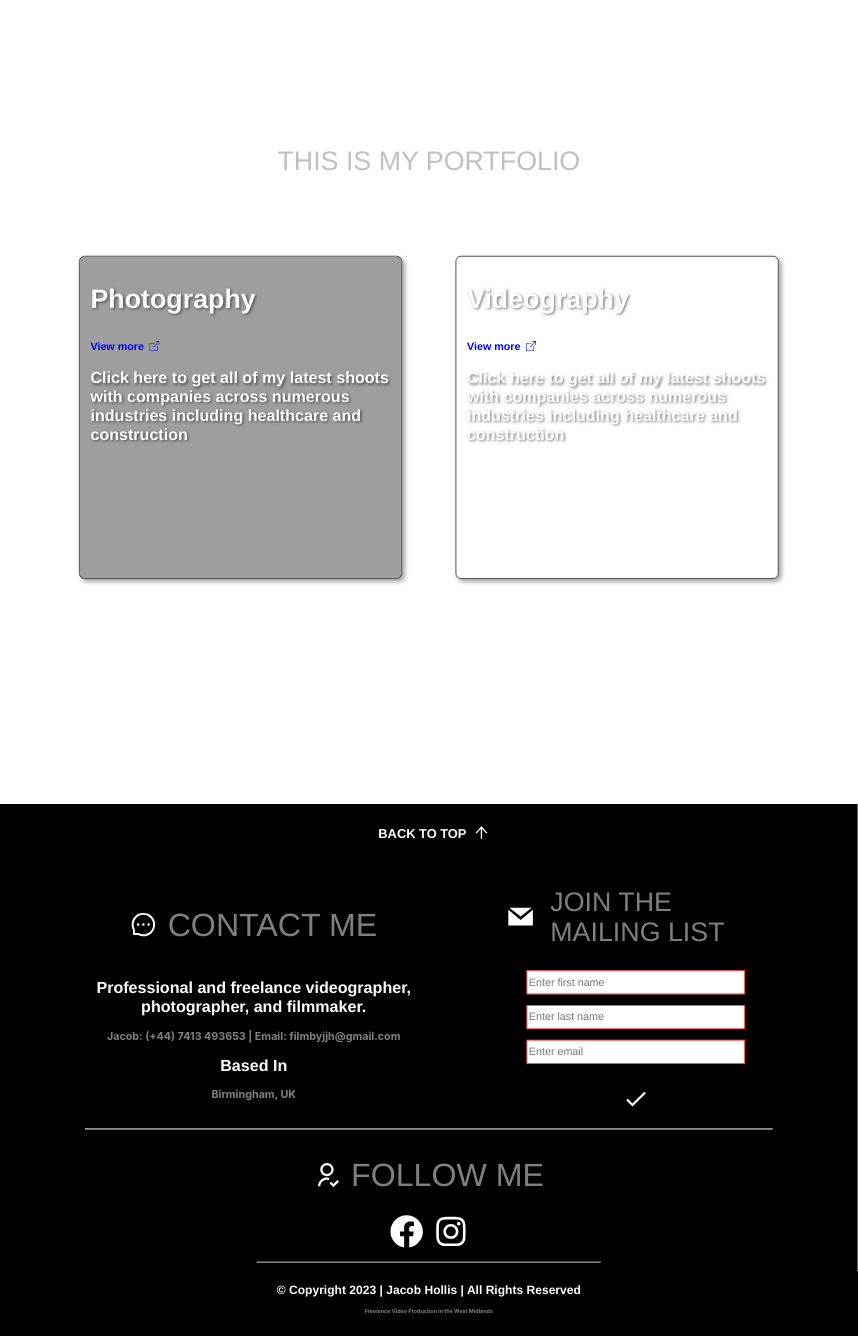
Repository: ThomasMTurner/filmbyjjh-portfolio
Page: /portfolio (app in client/)
The author's editor kept a copy of each file at every save. The page is drawn from the files as they stood at one save, then again after the next save.
The browser window is 1280 px wide. The pictures show the whole page, at 67% of full size.
Pictures or frames that could not be fetched are drawn as grey boxes. The project was rebuilt for these pictures with package versions that can differ from the ones it lists, and the page was loaded fresh each time. Also part of the build but not shown: client/vite.config.js, client/src/pages/Components/TagComponents.jsx, client/src/pages/Components/Post.jsx, client/src/pages/Components/SearchBar.jsx, client/src/pages/Updates.jsx, client/src/pages/Contact.jsx, client/src/pages/Components/InitialLogin.jsx, client/src/pages/Home.jsx and 2 more. Imported but missing from the stored project, and not drawn on this page: client/src/pages/Components/Videos/header.mp4, client/src/pages/Components/Videos/portfolio-reel.mp4.

Above is the page before, as saved 2023-10-20 13:21:17.

### client/public/index.html
<!DOCTYPE html>
<html lang="en">
  <head>
    <meta charset="utf-8" />
    <link rel="icon" href="%PUBLIC_URL%/favicon2.ico" />
    <meta name="viewport" content="width=device-width, initial-scale=1" />
    <meta name="theme-color" content="#000000" />
    <meta
      name="description"
      content="Web site created using create-react-app"
    />
    <link rel="apple-touch-icon" href="%PUBLIC_URL%/logo192.png" />
    <!--
      manifest.json provides metadata used when your web app is installed on a
      user's mobile device or desktop. See https://developers.google.com/web/fundamentals/web-app-manifest/
    -->
    <link rel="manifest" href="%PUBLIC_URL%/manifest.json" />
    <!--
      Notice the use of %PUBLIC_URL% in the tags above.
      It will be replaced with the URL of the `public` folder during the build.
      Only files inside the `public` folder can be referenced from the HTML.

      Unlike "/favicon.ico" or "favicon.ico", "%PUBLIC_URL%/favicon.ico" will
      work correctly both with client-side routing and a non-root public URL.
      Learn how to configure a non-root public URL by running `npm run build`.
    -->
    <title>FILM.BY.JJH</title>
  </head>
  <body>
    <noscript>You need to enable JavaScript to run this app.</noscript>
    <div id="root"></div>
    <!--
      This HTML file is a template.
      If you open it directly in the browser, you will see an empty page.

      You can add webfonts, meta tags, or analytics to this file.
      The build step will place the bundled scripts into the <body> tag.

      To begin the development, run `npm start` or `yarn start`.
      To create a production bundle, use `npm run build` or `yarn build`.
    -->
  </body>
</html>

### client/src/index.jsx
import React from 'react';
import ReactDOM from 'react-dom/client';
import './index.css';
import App from './App';
import { UserRoleProvider } from './userRoleContext';


const root = ReactDOM.createRoot(document.getElementById('root'));
root.render(
  <React.StrictMode>
    <UserRoleProvider>
      <App />
    </UserRoleProvider>
  </React.StrictMode>
);

### client/src/App.jsx
import { useLocation, useNavigate, Route, Outlet, BrowserRouter as Router, Routes} from 'react-router-dom';
import { useEffect, useState, Suspense } from 'react';
import { CSSTransition } from 'react-transition-group';
import { ColorRing } from 'react-loader-spinner';
import React from 'react';
import NavBar from "./pages/Components/Navbar"
import Footer from "./pages/Components/Footer";
import Updates from './pages/Updates';
import Contact from './pages/Contact';
import Home from './pages/Home';
import { EventHighlights, PromotionalMaterial } from './pages/Videography';
import SubNav from './pages/Components/SubNav';
import Portfolio from './pages/Portfolio';


//page to capture individual shoots or projects, want back button at top right with title

const VideoPage = () => {
  const navigate = useNavigate();
  const location = useLocation();

  useEffect(() => {
    if (location.pathname == '/video'){
      navigate('/video/event-highlights');
    }
  }, [navigate, location]);

  return (
    <div className='video-page-wrapper'>
      <div className='sideline-content'>
        <SubNav
          title="Videography Content"
          parentLink="video"
          links={{"Event highlights": "event-highlights", "Promotional material": "promotional-material", "Drone footage": "my-first-highlight-reel" }}
          subLinks={{'event highlights': {"Shoots": {"Atlas Gym": "/video/links/atlas-gym"}, "Individual projects":{}}}}
          className='subnav'
        />
        <p className='sideline-content-text'>Welcome to the videography page, you can view all of my highlighted video projects on the right by scrolling. You can also look into each project by clicking on the button inside the caption. </p>
      </div>

      <div className='page-content-wrapper'>
        <Routes>
          <Route path="/event-highlights" element={<EventHighlights />} />
          <Route path="/promotional-material" element={<PromotionalMaterial />} />
        </Routes>
      </div>
    </div>
  );
};




const PhotoPage = () => {
    const navigate = useNavigate();
    const location = useLocation();

    useEffect(() => {
      if (location.pathname == '/video'){
        navigate('/video/event-highlights');
      }
    }, [navigate, location]);

    return (
      <div className='photo-page-wrapper'>
        <SubNav
          title="Photography Content"
          parentLink="photo"
          links={{}}
        />
        <Routes>
          <Route path="/" element={<EventHighlights />} />
        </Routes>
      </div>
    );

}


const LoadingPage = () => {
  return (
    <div className='loading-page'>
      <ColorRing
        className='loading-spinner'
        visible={true}
        height="100"
        width="100"
        ariaLabel="blocks-loading"
        wrapperStyle={{}}
        wrapperClass="blocks-wrapper"
        colors={['#000000', '#808080', '#C0C0C0', '#808080', '#000000']}
    />

      <p>Loading, please wait...</p>
    </div>
  )
}


const Layout = () => {
  const [showFooter, setShowFooter] = useState(false);

  useEffect(() => {
    const handleScroll = () => {
      const content = document.getElementById('content');
      if (content) {
        const scrollOffset = content.offsetHeight - document.documentElement.clientHeight;
        setShowFooter(window.pageYOffset >= scrollOffset);

      }
    };

    window.addEventListener('scroll', handleScroll);

    return () => {
      window.removeEventListener('scroll', handleScroll);
    };
  }, []);


      return (
        <div className='layout-wrapper'>
          <CSSTransition
           in={!showFooter}
           timeout={300}
           classNames='nav-transition'
           unmountOnExit>
            <NavBar id='nav' />
          </CSSTransition>
          <div id="content">
            <Outlet/>
          </div>
          <Footer/>
        </div>
      );
    };

/*
Notes for later:


*/


export default function App() {
  return (
    <div className="App">
      <Router>
        <Suspense fallback={<LoadingPage />} timeout={200}>
          <Routes>
            <Route path="/" element={<Layout />}>
              <Route index element={<Home />} />
              <Route path="/updates" element={<Updates />} />
              <Route path="/contact" element={<Contact />} />
              <Route path="/portfolio" element={<Portfolio/>} />
                <Route path="/portfolio/video/*" element={<VideoPage />} />
                <Route path="/portfolio/photo/*" element={<PhotoPage />} />
            </Route>
          </Routes>
        </Suspense>
      </Router>
    </div>
  );
}

### client/src/userRoleContext.jsx
import {useState, createContext} from 'react';

export const UserRoleContext = createContext();

export const UserRoleProvider = ({children}) => {
    const [userRole, setUserRole] = useState(null);
    return (
        <UserRoleContext.Provider value ={{userRole, setUserRole}}>
            {children}
        </UserRoleContext.Provider>
    );
};

### client/src/pages/Components/Navbar.jsx
import './main_styles.css'
import JacobLogo from './Images/jacob-logo.jpg';
import { useState, useEffect } from 'react';
import { NavLink } from 'react-router-dom';
import { motion } from 'framer-motion';
import Hamburger from 'hamburger-react';
import { CSSTransition } from 'react-transition-group';
import classNames from 'classnames';
import {BiSolidRightArrow} from 'react-icons/bi';



function DropDownMenu(props) {
  const isMobileNav = props.isMobileNav;

  const mobileContainer = {
    hidden: {
      opacity:0,
      y: -10
    },
    show: {
      opacity: 1,
      transition: {
        staggerChildren: 0.2,
        duration: 0.5
      },
      y:0
    }
  }

  const mobileItem = {
    hidden: {
      opacity: 0,
      y: -10
    },
    show: {
      opacity: 1,
      y: 0

    }
  }

  if (isMobileNav){
  return (
  <motion.div
    variants = {mobileContainer}
    initial = "hidden"
    animate = "show"
            >

        <ul className='test-sub-menu' onMouseLeave={() => (!isMobileNav) && props.setVideoSubMenu(false)}>
          {Object.entries(props.links).map(([key, value], index) => (
            <motion.div
                        whileHover={{x:5}}
                        transition={{type:"string", duration:0.2, stiffness:300, damping:50}}
                        initial= "hidden"
                        animate= "show"
                        variants={mobileItem}
                        >
              <li>

                <NavLink
                  exact
                  to={value}
                  className={({ isActive }) => (isActive ? 'active-sub-nav-item' : 'sub-nav-item')}
                  key={index}
                >
                  {key}
                </NavLink>
              </li>
            </motion.div>
          ))}
        </ul>
    </motion.div>

  );
   }
  else {
    return (
      <motion.div initial={{x:200, y:-65, opacity:0}}
                  animate ={{y:-55, opacity:1}}
                  transition={{type:"string", duration:0.2, stiffness:300, damping:50}}>
        <ul className='test-sub-menu' onMouseLeave={() => (!isMobileNav) && props.setVideoSubMenu(false)}>
          {Object.entries(props.links).map(([key, value], index) => (
            <motion.div transition={{type:"string", duration:0.2, stiffness:300, damping:50}}>
              <li>
                <NavLink
                  exact
                  to={value}
                  className={({ isActive }) => (isActive ? 'active-sub-nav-item' : 'sub-nav-item')}
                  key={index}
                >
                  {key}
                </NavLink>
              </li>
            </motion.div>
          ))}
        </ul>
      </motion.div>
    )
  }
}





export default function NavBar() {
    const [isToggled, setToggled] = useState(false);
    const [isMobileNav, setMobileNav] = useState(false);
    const [VideoSubMenu, setVideoSubMenu] = useState(false);
    const [dimensions, setDimensions] = useState({width:null, height:null})
    const [dropDownOpener, setDropDownOpener] = useState('+');


    const handleToggle = () => {
      setToggled(!isToggled);
    }


    function useDimensions() {
      useEffect(() => {
        const handleDimensions = () => {
          setDimensions({ width: window.innerWidth, height: window.innerHeight });
        };
        window.addEventListener("resize", handleDimensions);
        handleDimensions();
        return () => window.removeEventListener("resize", handleDimensions);
      }, []);
    }

    function useResize() {
      useEffect(() => {
        const handleResize = () => {
          const width = window.innerWidth;
          setMobileNav(width <= 768);
          setToggled(!isMobileNav)
        };

        window.addEventListener("resize", handleResize);
        handleResize();
        return () => window.removeEventListener("resize", handleResize);
      }, []);
    }




    const logoClasses = classNames({
      'main-logo-wrapper': true,
      'logo-reposition': isMobileNav
    })


    const handleMobileDropDownClick = () => {
      setVideoSubMenu(!VideoSubMenu);
      if (dropDownOpener == '+'){
        setDropDownOpener('-');
      }
      else{
        setDropDownOpener('+');
      }
    }



    useDimensions()
    useResize()



    return (

    <div className="app-wrapper">
      <nav className='Navigation'>
        <div className={logoClasses}>
          <img src={JacobLogo} className="main-logo" alt="Jacob's Logo"/>
        </div>
        <button onClick={() => handleToggle()} className="hamburger-menu-icon">
          <Hamburger toggled={isToggled} toggle={setToggled} size={30} color={"white"} />
        </button>
          {isToggled &&

              <ul className="nav-wrapper">
                <li>
                  <NavLink exact to="/" className={({ isActive }) => (isActive ? 'active-nav-item' : 'nav-item')}>Home</NavLink>
                </li>
                <li>
                  <NavLink exact to="/updates" className={({ isActive }) => (isActive ? 'active-nav-item' : 'nav-item')}>Updates</NavLink>
                </li>
                <li onMouseEnter={() => (!isMobileNav) && setVideoSubMenu(true)} onMouseLeave ={() => (!isMobileNav) && setVideoSubMenu(false)}>
                  <NavLink exact to="/portfolio" className={({ isActive }) => (isActive ? 'active-nav-item' : 'nav-item')}>Portfolio</NavLink>
                  {isMobileNav && <button className='drop-down-mobile-button' onClick={() => handleMobileDropDownClick()}> {dropDownOpener} </button>}
                  {VideoSubMenu && (
                    <DropDownMenu
                      VideoSubMenu={VideoSubMenu}
                      setVideoSubMenu={setVideoSubMenu}
                      isMobileNav={isMobileNav}
                      links={{ 'Home': '/portfolio', 'Videography': '/portfolio/video', 'Photography': '/portfolio/photo' }}
                    />

  )}
                </li>
                <li>
                  <NavLink exact to="/contact" className={({ isActive }) => (isActive ? 'active-nav-item' : 'nav-item')}>Contact</NavLink>
                </li>
              </ul>


          }

      </nav>
    </div>

    );

  }

### client/src/pages/Portfolio.jsx
import { useNavigate } from 'react-router-dom';
import { useState } from 'react';
import {BsBoxArrowUpRight, BsArrowRight} from 'react-icons/bs';

const PortfolioCard = (props) => {
    const navigate = useNavigate();
    const [hovering, setHovering] = useState(false);
    console.log(props.title.toLowerCase().slice(0, 5))
    return (
        <div onClick={() => navigate(`/portfolio/${props.title.toLowerCase().slice(0, 5)}`)} onMouseEnter={() => setHovering(true)} onMouseLeave={() => setHovering(false)} className={`portfolio-card portfolio-card-${props.title.toLowerCase()}`}>
            <p style={{fontFamily:'helvetica', fontWeight:'bold', fontSize:'2.5rem', color:'white'}}>{props.title}</p>
            <button className={`portfolio-card-button ${hovering ? 'portfolio-card-button-hover' : ''}`} type="button" onClick={() => navigate(`/portfolio/${props.title.toLowerCase().slice(0, 5)}`)}>View more <BsBoxArrowUpRight color={'blue'} size={15} /></button>
            <p style={{fontFamily:'helvetica', fontWeight:'bold', fontSize:'1.5rem', color:'white'}}>{props.desc}</p>
        </div>
    )
}
export default function Portfolio() {
    return(
        <div style={{display:'flex', flexDirection:'column', justifyContent:'center', alignItems:'center', width:'100%', gap:'5rem', minHeight:'75rem', position:'relative', bottom:'5rem'}}>
            <p style={{fontFamily:'helvetica', fontWeight:'200', fontSize:'2.5rem', color:'silver'}}>THIS IS MY PORTFOLIO</p>
            <div style={{display:'flex', flexDirection:'row', justifyContent:'center', alignItems:'center', width:'100%', gap:'5rem'}}>
                <PortfolioCard title="Photography" desc="Click here to get all of my latest shoots with companies across numerous industries including healthcare and construction" />
                <PortfolioCard title="Videography" desc="Click here to get all of my latest shoots with companies across numerous industries including healthcare and construction" />
            </div>
        </div>
    )
}

### client/src/pages/Components/ScrollButton.jsx
import './main_styles.css';
import { useState } from 'react';
import {AiOutlineArrowUp} from 'react-icons/ai';

export default function ScrollButton () {
    const [iconActive, setIconActive] = useState(false);
    const handlePress = () => {
        window.scrollTo({top:0, left:0, behavior:"smooth"});
    }

    const handleIconState = () => {
        setIconActive(!iconActive);
    }

    const handleIconColour = () => {
        if (iconActive) {
            return 'gray';
        }
        else {
            return 'white';
        }
    }


    return (
        <div className='scroll-button-wrapper' onMouseEnter={handleIconState} onMouseLeave={handleIconState}>
            <button onClick={handlePress} className='scroll-button'>BACK TO TOP
            <AiOutlineArrowUp width='200' height='200' color={handleIconColour()} className='scroll-icon'/>
            </button>

        </div>
    );
}

Loaded but not shown: client/src/index.css (common file); client/src/pages/Components/main_styles.css (2559 lines, source omitted); client/src/pages/Components/Footer.jsx (238 lines, source omitted)

After the next save:
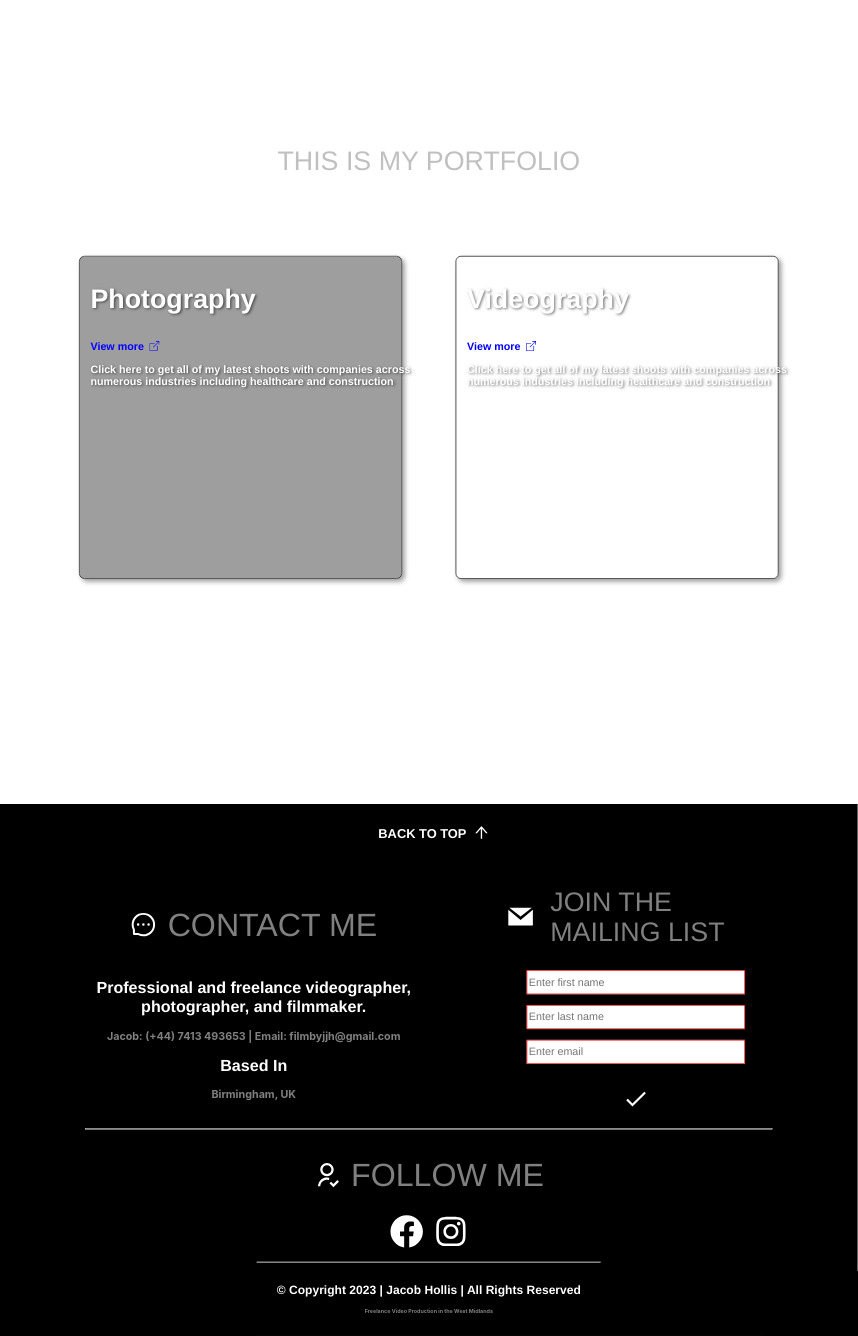
Saved 7 s later.
--- a/client/src/pages/Portfolio.jsx
+++ b/client/src/pages/Portfolio.jsx
@@ -10,7 +10,7 @@ const PortfolioCard = (props) => {
         <div onClick={() => navigate(`/portfolio/${props.title.toLowerCase().slice(0, 5)}`)} onMouseEnter={() => setHovering(true)} onMouseLeave={() => setHovering(false)} className={`portfolio-card portfolio-card-${props.title.toLowerCase()}`}>
             <p style={{fontFamily:'helvetica', fontWeight:'bold', fontSize:'2.5rem', color:'white'}}>{props.title}</p>
             <button className={`portfolio-card-button ${hovering ? 'portfolio-card-button-hover' : ''}`} type="button" onClick={() => navigate(`/portfolio/${props.title.toLowerCase().slice(0, 5)}`)}>View more <BsBoxArrowUpRight color={'blue'} size={15} /></button>
-            <p style={{fontFamily:'helvetica', fontWeight:'bold', fontSize:'1.5rem', color:'white'}}>{props.desc}</p>
+            <p style={{fontFamily:'helvetica', fontWeight:'bold', fontSize:'1rem', color:'white'}}>{props.desc}</p>
         </div>
     )
 }
